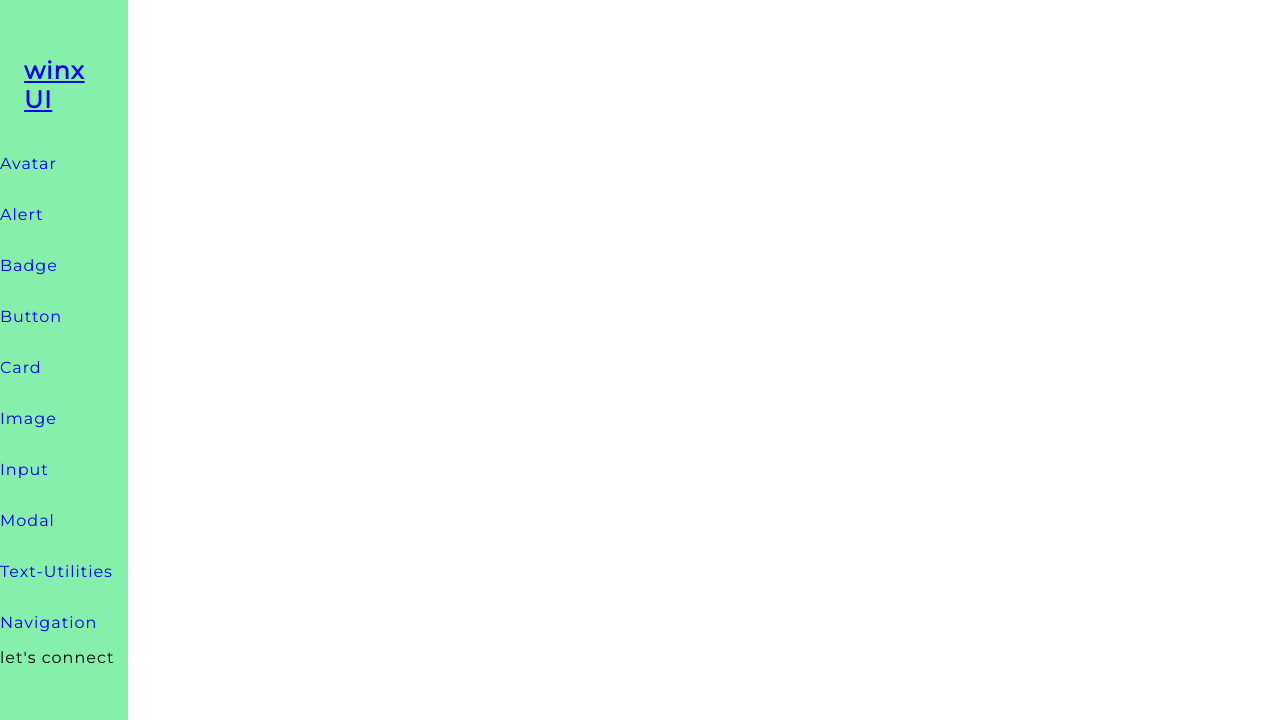
Repository: Anasooya2601/Components_UI
Page: main/main.html
The author's editor kept a copy of each file at every save. The page is drawn from the files as they stood at one save, then again after the next save.
The browser window is 1280 px wide. The pictures show the whole page.

Above is the page before, as saved 2022-02-12 09:57:44.

After the next save:
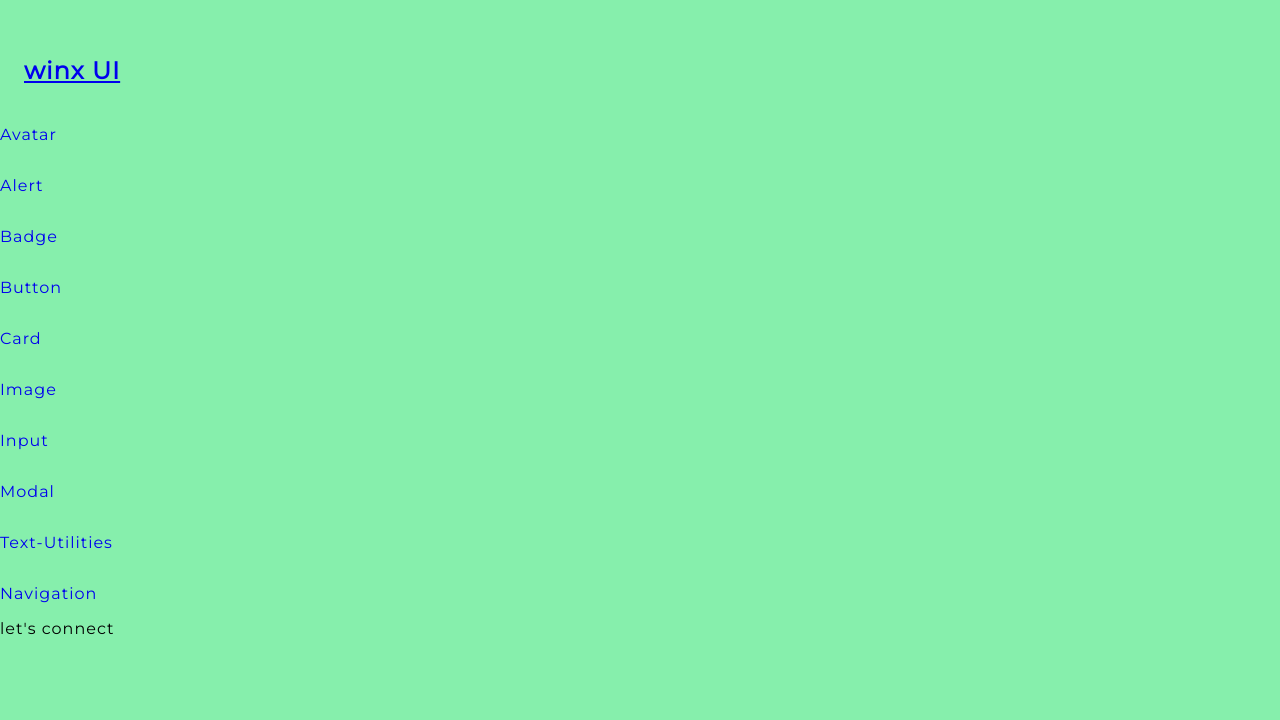
Saved 11 min 58 s later.
--- a/main/main.css
+++ b/main/main.css
@@ -44,7 +44,7 @@ body{
 }
 /* navbar */
 .navbar-wrapper{
-    width: 10%;
+    width: 100%;
     height: 100vh;
     font-size: 1rem;
     flex-direction: column;
